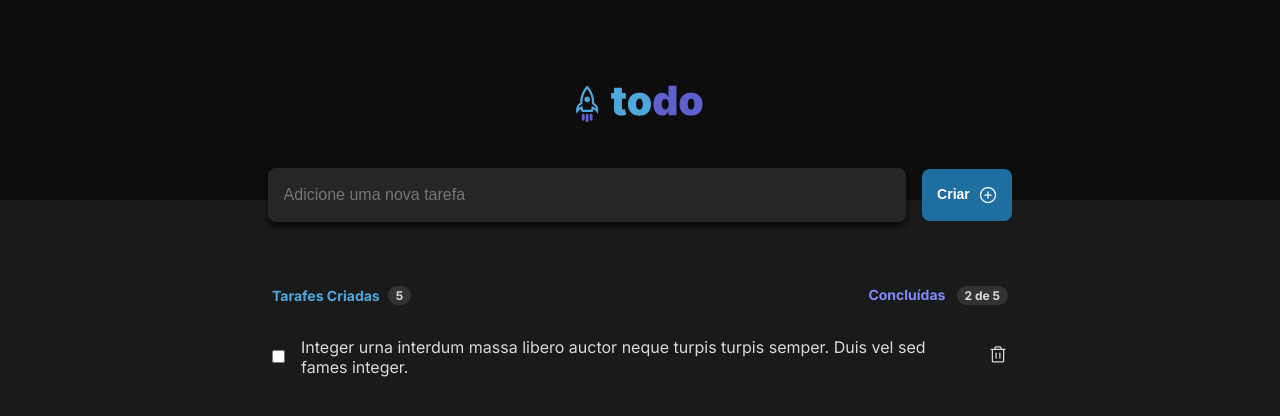
Repository: guilhermecardoso93/todolistreact
Page: /
An editor plug-in stored every save of this project. The page is shown before and after the next save, followed by the edit.
The browser window is 1280 px wide. The pictures show the whole page.
The project was rebuilt for these pictures with package versions that can differ from the ones it lists, and the page was loaded fresh each time. Also part of the build but not shown: vite.config.ts.

Above is the page before, as saved 2022-07-02 19:24:40.

After the next save:
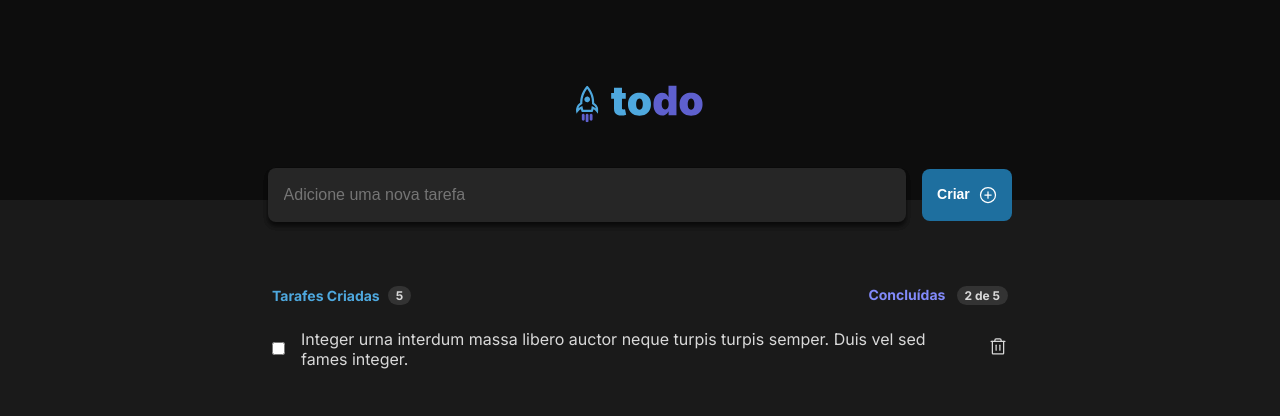
Saved 5 s later.
--- a/src/TasksList.module.css
+++ b/src/TasksList.module.css
@@ -55,7 +55,7 @@
   flex-direction: column;
   gap: 1rem;
 
-  margin-top:2rem;
+  margin-top:1.5rem;
 }
 
 .tasksListItem {

After the 2 saves that followed:
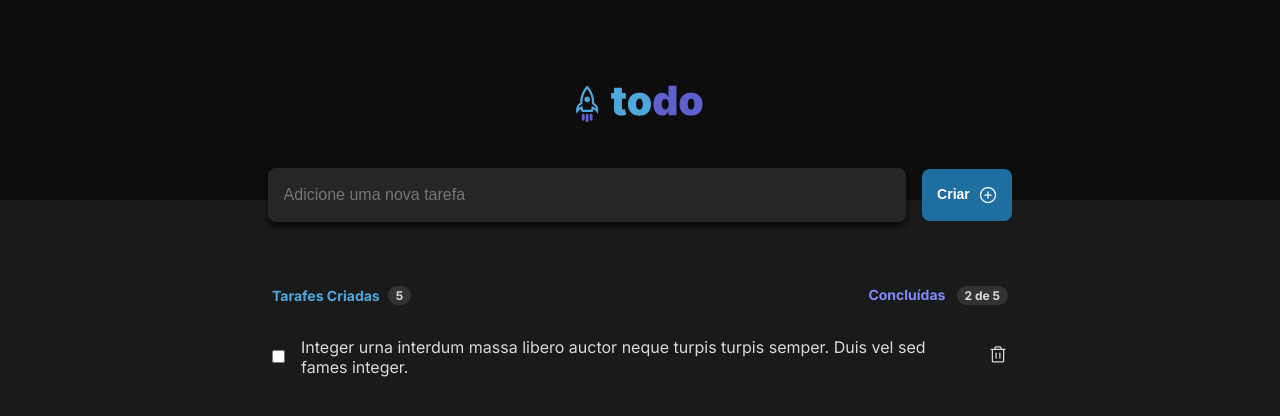
The 2 saves are shown as one change because they came seconds apart.
The last was saved 10 s later.
--- a/src/TasksList.module.css
+++ b/src/TasksList.module.css
@@ -55,7 +55,7 @@
   flex-direction: column;
   gap: 1rem;
 
-  margin-top:1.5rem;
+  margin-top: 2rem;
 }
 
 .tasksListItem {
@@ -65,5 +65,5 @@
   align-items: center;
 
   gap: 1rem;
-  color:var(--gray-100)
+  color: var(--gray-100);
 }
